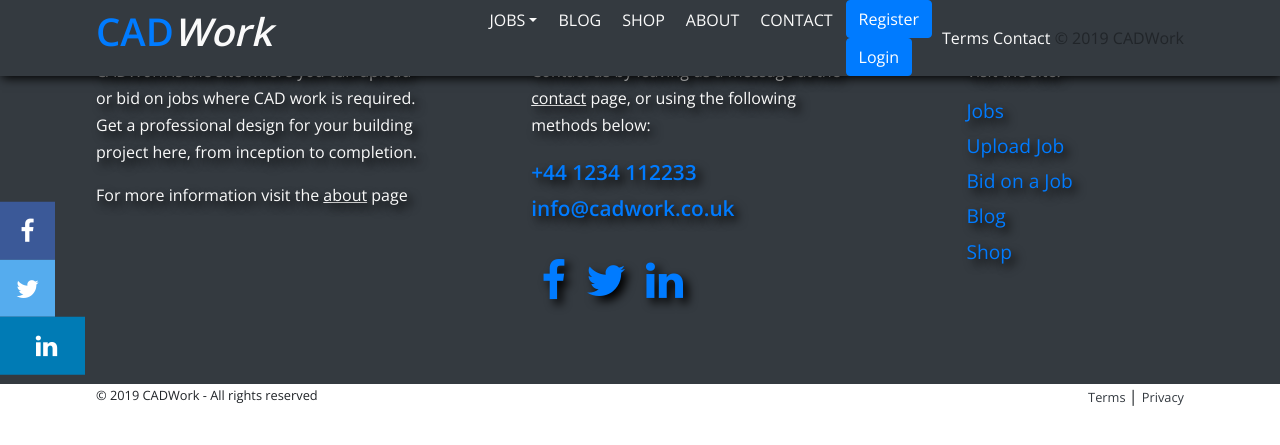
Repository: JShad30/cadwork
Page: templates/base.html
The author's editor kept a record of every edit. The page is drawn from the files as they stood at one moment, then again after the next edit.
The browser window is 1280 px wide. The pictures show the whole page.
The pointer rests on the first visible `.icon-bar-linkedin`.
The template is drawn by Django 2.2. The application's start-up code is not run. Other server files are loaded and not shown. The template is opened directly, without the code that normally fills it, so the values that code supplies are empty.

Above is the page before.

### templates/base.html
{% load staticfiles %}
<!DOCTYPE html>
<html lang="en">

<head>
	<!--Meta descriptions-->
    <meta charset="UTF-8">
    <meta name="viewport" content="width=device-width, initial-scale=1.0">
    <meta http-equiv="X-UA-Compatible" content="ie=edge">
    <meta name="description" content="Upload jobs and find a CAD Professional for your project">

    <!--Website title and description-->
    <title>CADWork</title>

    <!--Links to font awesome used for social icons and the css file and the bootstrap framework-->
    <link rel="stylesheet" href="https://stackpath.bootstrapcdn.com/bootstrap/4.3.1/css/bootstrap.min.css" integrity="sha384-ggOyR0iXCbMQv3Xipma34MD+dH/1fQ784/j6cY/iJTQUOhcWr7x9JvoRxT2MZw1T" crossorigin="anonymous">
    <link rel="stylesheet" href="https://cdnjs.cloudflare.com/ajax/libs/font-awesome/4.7.0/css/font-awesome.min.css">
    <link rel="stylesheet" href="{% static 'css/styles.css' %}">
</head>

<!--This html page will have the navbar and footer that will be used on every one of the pages-->
<body>

	<nav class="navbar navbar-expand-lg navbar-dark bg-dark">
		<div class="navbar-container">
			<div class="navbar-logo-dropdown-icon">
			    <h2 class="navbar-logo"><a class="navbar-brand" href="#"><span class="navbar-logo-blue">CAD</span><span class="navbar-logo-white">Work</span></a></h2>
			    <button class="navbar-toggler" type="button" data-toggle="collapse" data-target="#navbarNavDropdown" aria-controls="navbarNavDropdown" aria-expanded="false" aria-label="Toggle navigation">
			        <span class="navbar-toggler-icon"></span>
			    </button>
		    </div>
		    <div class="collapse navbar-collapse" id="navbarNavDropdown">
		        <ul class="navbar-nav ml-1">
		        	<li class="nav-item">
		                <a class="nav-link dropdown-toggle" href="#" id="navbarDropdownMenuLink" role="button" data-toggle="dropdown" aria-haspopup="true" aria-expanded="false">Jobs</a>
		        		<div class="dropdown-menu bg-dark" aria-labelledby="navbarDropdownMenuLink">
				            <a class="dropdown-item pl-3" href="#">Upload</a>
				            <a class="dropdown-item pl-3" href="#">Bid</a>
		        		</div>
		      		</li>
		            <li class="nav-item">
		                <a class="nav-link" href="#">Blog</a>
		            </li>
		            <li class="nav-item">
		                <a class="nav-link" href="#">Shop</a>
		            </li>
		            <li class="nav-item">
		                <a class="nav-link" href="#">About</a>
		            </li>
		            <li class="nav-item">
		                <a class="nav-link" href="#">Contact</a>
		            </li>
		            <!--Buttons that link to pages allowing the user to sign up or login to their membership area-->

	                {% if user.is_authenticated %}
	                <!--Account link which only appears if user is logged in-->
	                <div class="nav-item">
	                	<a class="nav-link" href="#">Account</a>
	                </div>
	                <div class="nav-item">
	                	<button class="btn btn-info" href="#" role="button">Logout</button>
	                </div>

		            {% else %}
		            <div class="nav-item">
	                	<button class="btn btn-primary" href="#" role="button">Register</button>
	                	<button class="btn btn-primary" href="#" role="button">Login</button>
	                </div>
		            {% endif %}
		    	</ul>
		    	<!--Contact and about page only appears in mobile views-->
		        <div class="contact-about-navbar">
		          	<div class="contact-about-navbar-links">
			            <a id="terms-navbar" class="terms-privacy-link" href="#">Terms</a>
			            <a id="privacy-navbar" class="terms-privacy-link" href="#">Contact</a>
			            <span class="contact-about-link">&#169; 2019 CADWork</span>
			        </div>
		        </div>
		  	</div>
		</div>
	</nav>

    <!--These social icons only display where the website is being displayed on mobile views -->
    <div class="icon-bar-desktop-views">
		<a href="https://www.facebook.com/" target="_blank" class="icon-bar-facebook"><i class="fa fa-facebook"></i></a>
		<a href="https://twitter.com/" target="_blank" class="icon-bar-twitter"><i class="fa fa-twitter"></i></a>
		<a href="https://www.linkedin.com/?hl=en" target="_blank" class="icon-bar-linkedin"><i class="fa fa-linkedin"></i></a>
	</div>

    {% block content %}
    {% endblock %}

    <footer class="footer">
		<div class="footer-top">
			<div class="footer-container">
	            <!--Links at the top of the footer section-->
				<div class="footer-top-areas">
					<!--Select the recipes by meal type-->
					<div class="footer-section">
						<h3 class="footer-header">About Us</h3>
						<p class="footer-paragraph">CADWork is the site where you can upload or bid on jobs where CAD work is required. Get a professional design for your building project here, from inception to completion.</p>
						<p class="footer-paragraph">For more information visit the <span class="footer-about-contact-link"><a href="#">about</a></span> page</p>
					</div>
					<!--Select recipes by allergen requirements-->
					<div class="footer-section">
						<h3 class="footer-header">Contact Us</h3>
						<p class="footer-paragraph">Contact us by leaving us a message at the <span class="footer-about-contact-link"><a href="#">contact</a></span> page, or using the following methods below:</p>
						<div class="footer-contact options">
							<p class="footer-paragraph" id="footer-paragraph-phone"><a href="tel://+441234112233">+44 1234 112233</a></p>
							<p class="footer-paragraph" id="footer-paragraph-email"><a href="mailto:info@cadwork.co.uk">info@cadwork.co.uk</a></p>
						</div>
						<!--Social links in the footer-->
						<div class="footer-social">
			                <ul class="social-links">
			                    <li class="social"><a class="dropdown-content-link social-link" href="https://www.facebook.com/" target="_blank"><i class="fa fa-facebook"></i></a></li>
			                    <li class="social"><a class="dropdown-content-link social-link" href="https://twitter.com/" target="_blank"><i class="fa fa-twitter"></i></a></li>
			                    <li class="social"><a class="dropdown-content-link social-link" href="https://www.linkedin.com/?hl=en" target="_blank"><i class="fa fa-linkedin"></i></a></li>
			                </ul>
			            </div>

					</div>
					<!--Allow the user to select the pages that show the most recent and the most popular recipes-->
					<div class="footer-section" id="footer-about-section">
						<h3 class="footer-header">Useful Links</h3>
						<p class="footer-paragraph">Visit the site:</p>
						<div class="footer-contact options">
							<p class="footer-paragraph footer-link"><a href="#">Jobs</a></p>
							<p class="footer-paragraph footer-link"><a href="#">Upload Job</a></p>
							<p class="footer-paragraph footer-link"><a href="#">Bid on a Job</a></p>
							<p class="footer-paragraph footer-link"><a href="#">Blog</a></p>
							<p class="footer-paragraph footer-link"><a href="#">Shop</a></p>
						</div>
					</div>
				</div>
			</div>
		</div>
		<!--Bottom section of the footer-->
		<div class="footer-bottom">
			<div class="footer-container">
	            <div class="footer-statement">
	            	<!--Copyright statement-->
	            	<p class="statement">&#169; 2019 CADWork - All rights reserved</p>
	            	<div class="footer-contact-about">
						<p class="footer-contact-about-links">
							<!--Links to the contact and about pages-->
							<span class="footer-contact-about-links-span"><a id="about-footer" class="terms-about-link" href="#">Terms </a></span><span class="footer-contact-about-links-divider">|</span>
				            <span class="footer-contact-about-links-span"><a id="contact-footer" class="terms-about-link" href="#">Privacy</a></span>
				        </p>
					</div>
	            </div>
	        </div>
		</div>
	</footer>

    <!--Scripts to run-->
    <script src="https://code.jquery.com/jquery-3.3.1.slim.min.js" integrity="sha384-q8i/X+965DzO0rT7abK41JStQIAqVgRVzpbzo5smXKp4YfRvH+8abtTE1Pi6jizo" crossorigin="anonymous"></script>
    <script src="https://cdnjs.cloudflare.com/ajax/libs/popper.js/1.14.7/umd/popper.min.js" integrity="sha384-UO2eT0CpHqdSJQ6hJty5KVphtPhzWj9WO1clHTMGa3JDZwrnQq4sF86dIHNDz0W1" crossorigin="anonymous"></script>
    <script src="https://stackpath.bootstrapcdn.com/bootstrap/4.3.1/js/bootstrap.min.js" integrity="sha384-JjSmVgyd0p3pXB1rRibZUAYoIIy6OrQ6VrjIEaFf/nJGzIxFDsf4x0xIM+B07jRM" crossorigin="anonymous"></script>

</body>

</html>

### static/css/styles.css
/*Font style imports*/

/*Colours to use in site*/
/*
blue colour - #007bff
dark grey - #343a40
White colour - #FAFAFA
*/

/*Importing the fonts */

/* Open Sans font to be used throughout the site */
@import url('https://fonts.googleapis.com/css?family=Open+Sans:400,600&display=swap');

/* Titillium web to be used for the headers throughout the site */
@import url('https://fonts.googleapis.com/css?family=Titillium+Web:400,700&display=swap');

/* Global styles styles*/

* {
    margin: 0;
    font-family: "Open Sans", sans-serif;
}

h1, h2, h3, h4, h5, h6 {
    font-family: "Titillium Web", sans-serif;
}







/*---------- Navbar ----------*/
.navbar {
    display: flex;
    justify-content: center;
    position: fixed;
    width: 100%;
    padding: 0;
    box-shadow: 2px 2px 10px #000000;
}

.nav-item {
    display: flex;
    flex-direction: column;
    justify-content: flex-start;
    width: 100%;
    align-items: flex-start;
}

.nav-buttons {
    margin: 20px 0;
    display: flex;
    flex-direction: row;
}

.dropdown-menu {
    position: absolute;
    width: 100%;
    border-color: rgba(255,255,255,0.1);
    border-width: 0.4px;
    width: 150px;
    border-radius: 0;
    border: 0.5px;
}

.dropdown-item {
    text-transform: uppercase;
    color: #FAFAFA;
}

.dropdown-item:hover {
    background-color: #343a40;
}

.btn-primary {
    font-size: 1.4em;
    margin-right: 20px;
}

.dropdown-item:hover {
    color: #007bff;
}

.navbar-container {
    width: 85%;
    max-width: 1200px;
}

.navbar-logo-dropdown-icon {
    height: 70px;
    display: flex;
    flex-direction: row;
    justify-content: space-between;
    align-items: center;
}

.navbar-logo a {
    font-size: 1.2em;
    font-weight: 600;
}

.navbar-logo-blue {
    color: #007bff;
}

.navbar-logo-white {
    color: #FAFAFA;
    font-style: italic;
}

.navbar-dark .nav-item .nav-link {
    text-transform: uppercase;
    color: #fafafa;
    font-weight: 400;
    font-size: 1em;
    margin-right: 5px;
    transition-duration: 0.1s;
    transition-timing-function: ease-in-out;
}

.navbar-dark .nav-item .nav-link:hover {
    transition-property: color;
    color: #007bff;
    transition-duration: 0.1s;
    transition-timing-function: ease-in-out;
}

.terms-privacy-navbar-links {
    display: flex;
    flex-direction: row;
    justify-content: space-between;
    padding: 20px 0;
}

.navbar-social-link .social-link i {
    color: #FAFAFA;
    font-size: 2em;
    margin: 10px 10px 10px 0;
    transition-duration: 0.1s;
    transition-timing-function: ease-in-out;
}

.navbar-social-link .social-link i:hover {
    color: #007bff;
    transition-duration: 0.1s;
    transition-timing-function: ease-in-out;
}

.terms-privacy-navbar a:hover {
    color: #007bff;
    text-decoration: none;
}

.terms-privacy-link {
    color: #FAFAFA;
}

.terms-privacy-navbar-divider {
    color: #FAFAFA;
}

/*---------- End of social icons at the side of the page in desktop views ----------*/







/*----------Social link bar----------*/
.icon-bar-desktop-views {
    top: 40%;
    position: fixed;
    -webkit-transform: translateY(-50%);
    -ms-transform: translateY(-50%);
    transform: translateY(-50%);
}

.icon-bar-desktop-views a {
    display: none;
    text-align: center;
    transition-timing-function: ease-in-out;
    padding: 10px 12px;
    transition-duration: 0.1s;
    color: white;
    font-size: 25px;
}

.icon-bar-facebook {
    background-color: #3B5998;
    color: #FFFFFF;
    width: 55px;
    transition-property: width;
    transition-timing-function: ease-in-out;
}

.icon-bar-facebook:hover {
    transition-property: width;
    transition-timing-function: ease-in-out;
    width: 85px;
}

.icon-bar-twitter {
    background-color: #55ACEE;
    color: #FFFFFF;
    width: 55px;
    transition-property: width;
    transition-timing-function: ease-in-out;
}

.icon-bar-twitter:hover {
    transition-property: width;
    transition-timing-function: ease-in-out;
    width: 85px;
}

.icon-bar-linkedin {
    background-color: #007bb5;
    color: #FFFFFF;
    width: 55px;
    transition-property: width;
    transition-timing-function: ease-in-out;
}

.icon-bar-linkedin:hover {
    transition-property: width;
    transition-timing-function: ease-in-out;
    width: 85px;
}

.icon-bar-facebook:hover,
.icon-bar-twitter:hover,
.icon-bar-linkedin:hover {
    padding-left: 20px;
}
/*----------End of Social link bar----------*/






/*---------- Footer ----------*/
.footer {
    display: flex;
    flex-direction: column;
    align-items: center;
}

.footer-bottom {
    width: 100%;
    display: flex;
    justify-content: center;
}

.footer-top {
    width: 100%;
    background-color: #343a40;
    display: flex;
    justify-content: center;
}

.footer-container {
    width: 85%;
    max-width: 1200px;
}

.footer-top-container {
    margin-top: 2.5em;
}

.footer-bottom-container {
    margin-top: 1em;
}

.footer-section {
    margin-bottom: 3em;
}

.footer-header {
    color: #FAFAFA;
    font-size: 2em;
    margin-bottom: .6em;
    text-shadow: 5px 5px 10px #000000;
}

.footer-paragraph {
    color: #FAFAFA;
    font-size: 1em;
    line-height: 1.7em;
    text-shadow: 5px 5px 10px #000000;
}

.footer-paragraph a {
    transition-duration: 0.1s;
    transition-timing-function: ease-in-out;
}

.footer-link {
    font-size: 1.2em;
    line-height: 1em;
}

.footer-paragraph a:hover {
    transition-property: color;
    color: #FAFAFA;
    transition-duration: 0.1s;
    transition-timing-function: ease-in-out;
    text-decoration: none;
}

.footer-paragraph span {
    text-decoration: underline;
}

.footer-paragraph span a {
    color: #FAFAFA;
    transition-duration: 0.1s;
    transition-timing-function: ease-in-out;
}

.footer-paragraph span a:hover {
    transition-property: color;
    color: #007bff;
    transition-duration: 0.1s;
    transition-timing-function: ease-in-out;
}

#footer-paragraph-phone,
#footer-paragraph-email {
    font-size: 1.3em;
    font-weight: 600;
    margin-bottom: 0;
    color: #007bff;
}

/*Social links at the top of the footer*/
.footer-social {
    width: 100%;
    display: flex;
    justify-content: left;
    align-items: center;
    min-height: 50px;
    margin: 30px 0;
}

.social-links {
    padding: 20px;
    display: flex;
    flex-direction: row;
    justify-content: space-around;
    padding: 0;
    margin: 0;
    list-style-type: none;
}

.social {
    margin: 0 10px;
}

.social-links li a {
    text-decoration: none;
}

.social-links li a i {
    font-size: 2.7em;
    display: flex;
    transition-duration: 0.1s;
    transition-timing-function: ease-in-out;
    color: #007bff;
    text-shadow: 5px 5px 10px #000000;
}

.social-links li a i:hover {
    transition-property: color;
    transition-duration: 0.1s;
    transition-timing-function: ease-in-out;
    color: #FAFAFA;
}

/* Footer copyright and terms and privacy links at the bottom*/
.footer-statement {
    display: flex;
    justify-content: space-between;
}

.statement,
.footer-contact-about-links-span {
    font-size: 0.8em;
}

.statement {
    display: flex;
    align-items: center;
}

.footer-contact-about-links-span a {
    color: #343a40;
    transition-duration: 0.1s;
    transition-timing-function: ease-in-out;
}

.footer-contact-about-links-span a:hover {
    text-decoration: none;
    color: #007bff;
    transition-duration: 0.1s;
    transition-timing-function: ease-in-out;
}

/*---------- End of Footer ----------*/









/*---------- Larger screen sizes ----------*/
/* Horizontal mobile screens */
@media(min-width: 500px) {
}

/*tablet screens*/
@media(min-width: 768px) {

    /*---------- Footer sections ----------*/
    .footer-top-areas {
        display: flex;
        flex-direction: row;
        justify-content: space-between;
    }

    .footer-section {
        width: 30%;
    }

    #footer-about-section {
        width: 20%;
    }
    /*---------- End of Footer sections ----------*/
}

/*Large tablet and small laptop screens*/
@media(min-width: 992px) {
    /*----------Navbar----------*/
    .navbar {
        padding: 0;
    }

    .navbar-container {
        display: flex;
        flex-direction: row;
        justify-content: space-between;
    }

    .terms-privacy-navbar {
        display: none;
    }

    .btn-primary {
        font-size: 1em;
        margin-right: 10px;
    }

    .nav-buttons {
        margin: 0;
    }

    .navbar-social-link {
        display: none;
    }

    .navbar-collapse {
        justify-content: flex-end;
    }

    /*----------Social link bar display----------*/
    .icon-bar-desktop-views a {
        display: block;
    }
    /*End of social link bar display*/
    /*----------End of Navbar in laptop and desktop views-----------*/

}

/*Larger laptop and desktop screens*/
@media(min-width: 1224px) {
}

After the next edit:
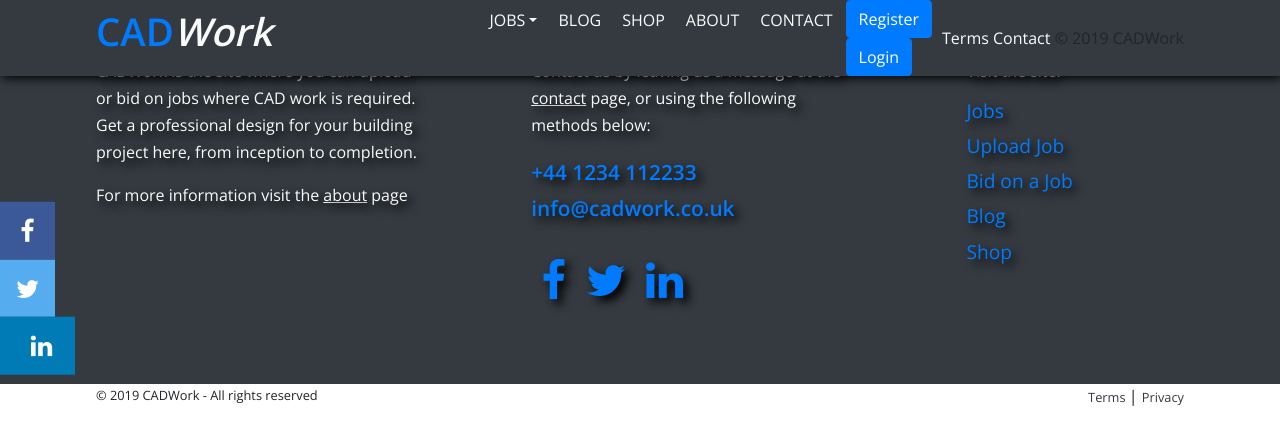
The edit:
--- a/static/css/styles.css
+++ b/static/css/styles.css
@@ -228,7 +228,7 @@
 .icon-bar-linkedin:hover {
     transition-property: width;
     transition-timing-function: ease-in-out;
-    width: 85px;
+    width: 75px;
 }
 
 .icon-bar-facebook:hover,
